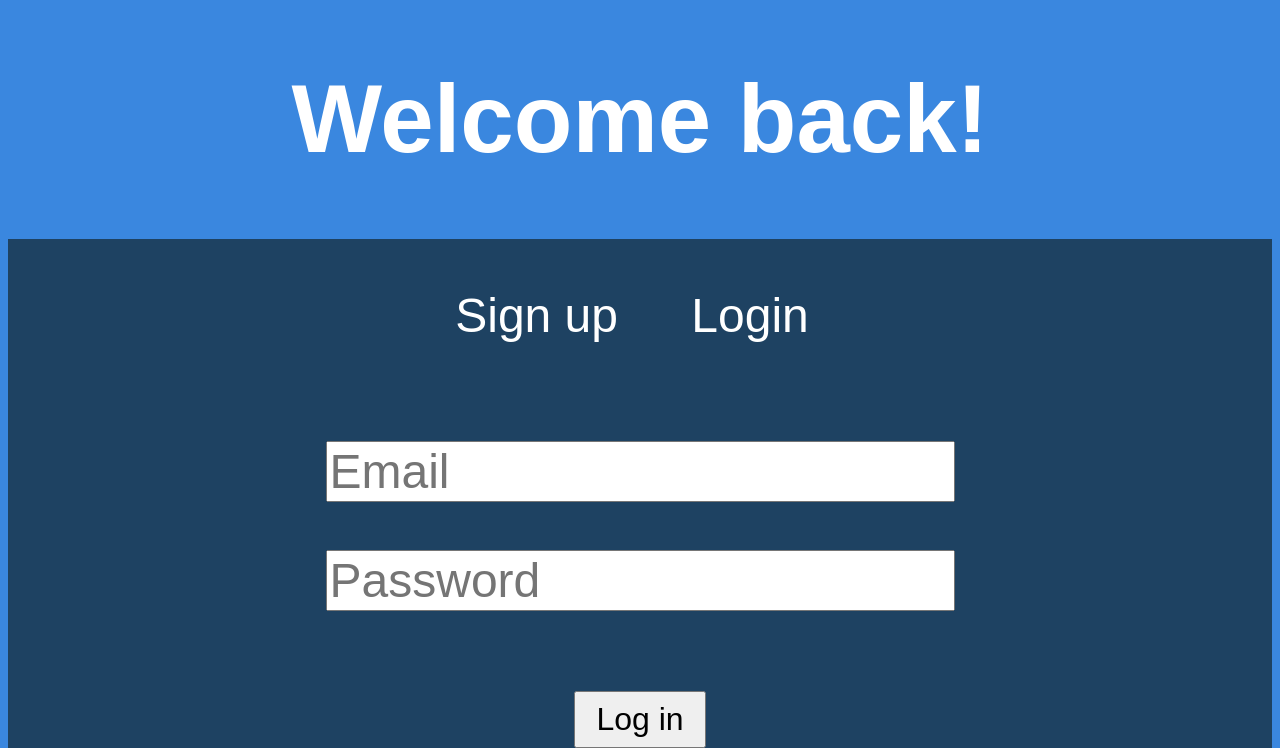
Repository: NicolasssCarlos/basic-flask-login
Page: http://localhost/
The author's editor kept a copy of each file at every save. The page is drawn from the files as they stood at one save, then again after the next save.
The browser window is 1280 px wide. The pictures show the whole page.
The page is served by the project's application, run on Flask 3 (app.py).

Above is the page before, as saved 2025-06-11 20:43:28.

After the next save:
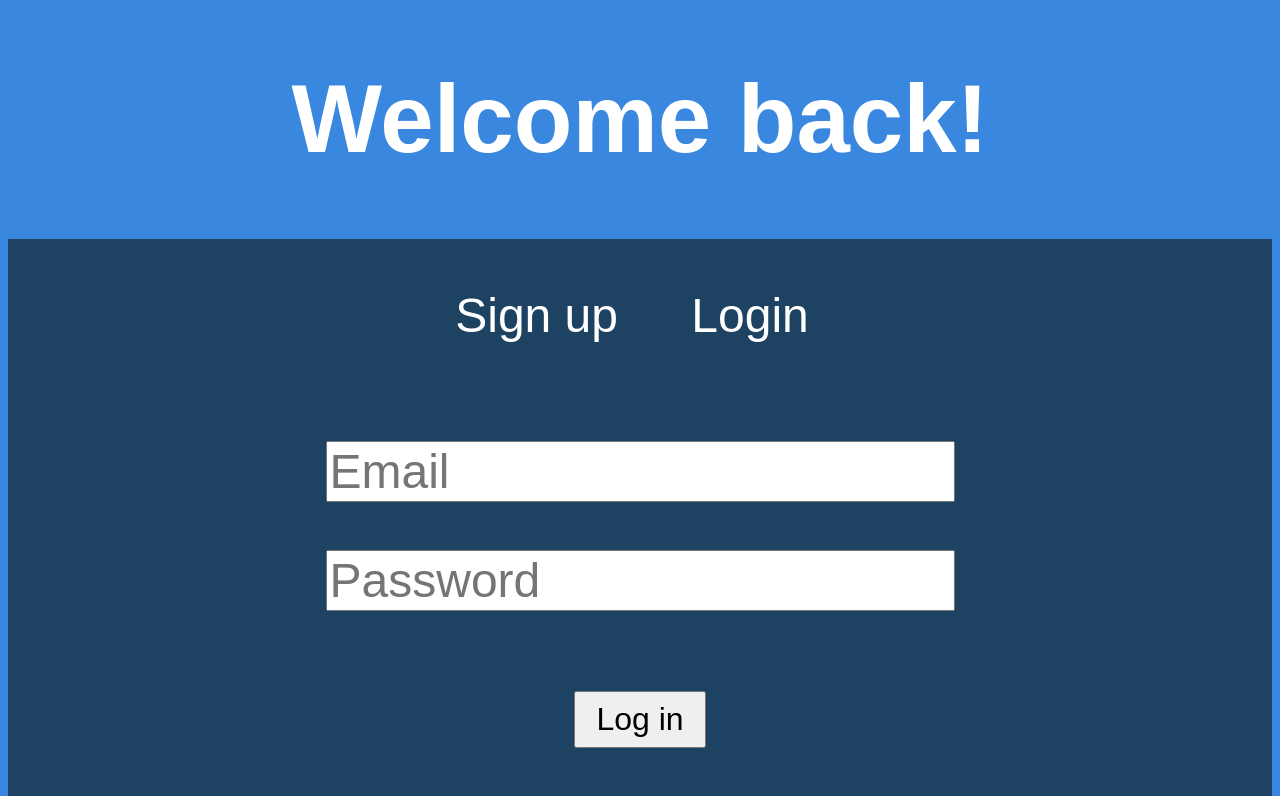
Saved 19 s later.
--- a/static/main.css
+++ b/static/main.css
@@ -120,7 +120,7 @@
     margin-top: 3rem;
 
 
-
+    margin-bottom: 3rem;
 }
 
 
